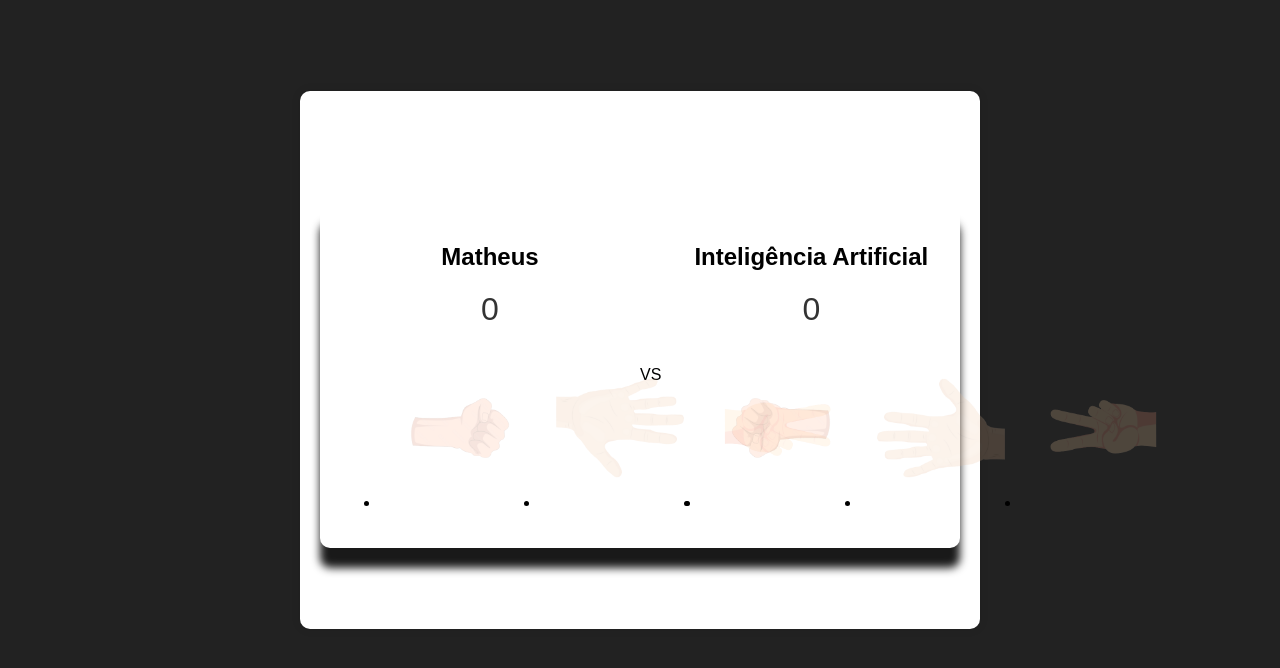
Repository: Matheus904-12/Pedra-Papel
Page: index.html
The author's editor kept a copy of each file at every save. The page is drawn from the files as they stood at one save, then again after the next save.
The browser window is 1280 px wide. The pictures show the whole page.

Above is the page before, as saved 2023-08-28 22:15:32.

After the next save:
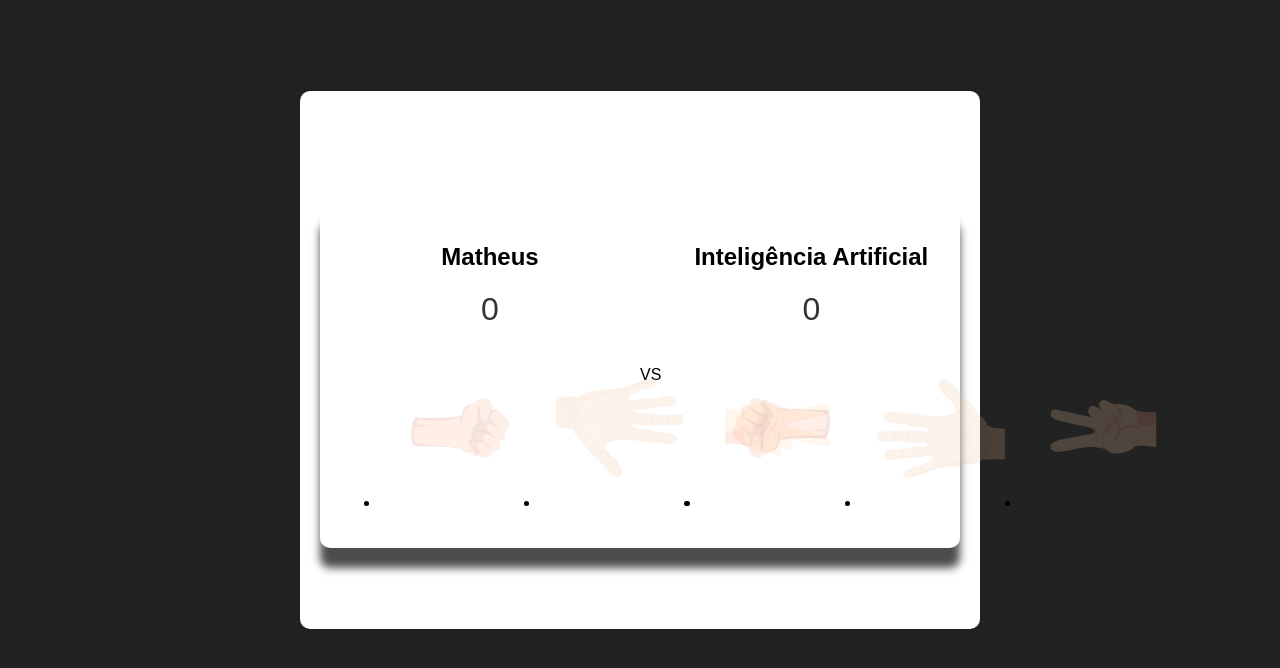
Saved 7 s later.
--- a/style.css
+++ b/style.css
@@ -52,7 +52,7 @@ body {
     padding: 20px;
     background-color: #fff;
     border-radius: 10px;
-    box-shadow: 0 20px 8px rgba(0, 0, 0, 0.9);
+    box-shadow: 0 20px 8px rgba(0, 0, 0, 0.7);
     width: 100%;
     max-width: 600px;
     margin-top: 20px;
